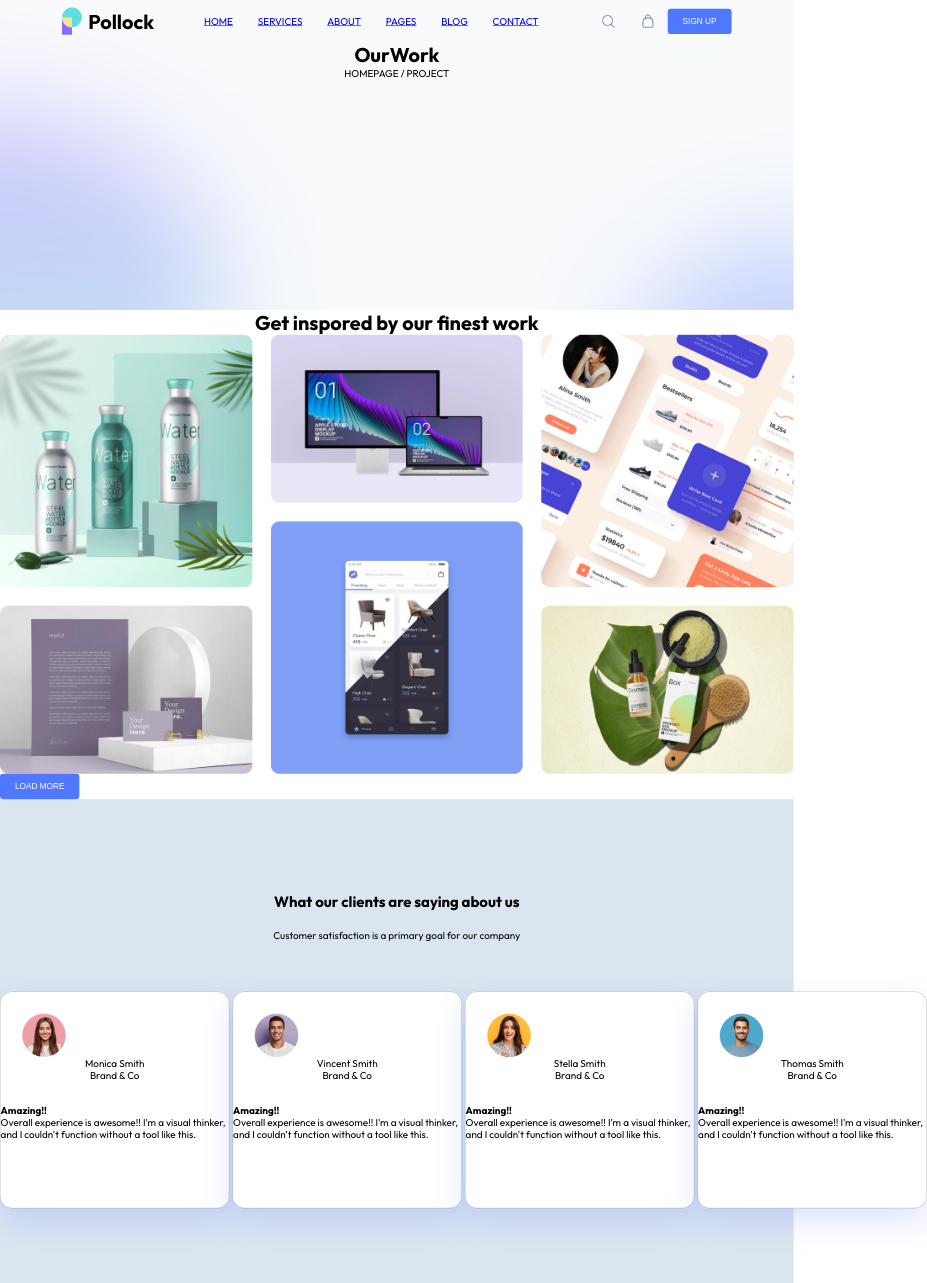
Repository: Nam936/exercises
Page: index.html
The author's editor kept a copy of each file at every save. The page is drawn from the files as they stood at one save, then again after the next save.
The browser window is 1280 px wide. The page is 1495 px wide, then 1385 px, so the pictures cover 1495 px, including what lies to the right of the window. The pictures show the whole page, at 62% of full size.

Above is the page before, as saved 2022-12-30 13:44:39.

### index.html
<!DOCTYPE html>
<html lang="en">
<head>
    <meta charset="UTF-8">
    <meta http-equiv="X-UA-Compatible" content="IE=edge">
    <meta name="viewport" content="width=device-width, initial-scale=1.0">
    <title>Pollock</title>
    <link href="https://fonts.googleapis.com/css2?family=Outfit:wght@400;500;600;700&display=swap" rel="stylesheet">
    <link rel="stylesheet" href="style.css">
</head>
<body>
<div id="wrap">
    <div class="bg_header">
        <div class="container">
            <div class="header">
                <div class="menu_header">
                    <h1 class="logo">
                        <img src="/img/Frame_header.png" alt="logo">
                        <p class="txt_header">Pollock</p>
                    </h1>
                    <div class="lst_header">
                        <ul>
                            <li><a href="#">HOME</a></li>
                            <li><a href="#">SERVICES</a></li>
                            <li><a href="#">ABOUT</a></li>
                            <li><a href="#">PAGES</a></li>
                            <li><a href="#">BLOG</a></li>
                            <li><a href="#">CONTACT</a></li>
                        </ul>
                        </div>
                        <div class="icon_header">
                            <img class="search" src="/img/Iconex/Search_header.png" alt="">
                            <img class="cart" src="/img/Iconex/Bag_header.png" alt="">
                            <button>SIGN UP</button>
                        </div>
                    </div>
                </div>
                <div class="txt_ct">
                    <h1>OurWork</h1>
                    <p>HOMEPAGE / PROJECT</p>
                </div>
            </div>
        </div>
    </div>
    <div class="main">
        <div class="tit_main">
            <h1>Get inspored by our finest work</h1>
        </div>
            <div class="prod_main">
                <div class="prod_itm">
                    <img src="/img/main_img/1.png "alt="">
                    <img src="/img/main_img/2.png" alt="">
                </div>
                <div class="prod_itm">
                    <img src="/img/main_img/3.png" alt="">
                    <img src="/img/main_img/4.png" alt="">
                </div>
                <div class="prod_itm">
                    <img src="/img/main_img/5.png" alt="">
                    <img src="/img/main_img/6.png" alt="">
            </div>
        </div>
        <div class="button">
            <button>LOAD MORE</button>
        </div>



    <div class="member">
        <div class="head_mem">
            <div class="tit_mem">
                <h2>What our clients are saying about us</h2>
                <p>Customer satisfaction is a primary goal for our company</p>
            </div>
            <!-- <div class="scroll"></div> -->
        </div>
        <div class="slide">
            <div class="tag">
                <div class="tag_itm">
                    <div class="tag_avatar">
                        <div class="tag_cont">
                            <img src="/img/avatar/Avatar.png" alt="">
                            <div class="name_mem">
                                <span>Monica Smith</span>
                                <p>Brand & Co</p>
                            </div>
                        </div>
                    </div>
                    <div class="txt">
                        <strong>Amazing!!</strong>
                        <p>Overall experience is awesome!! I'm a visual thinker, and I couldn't function without a tool like this.</p>
                    </div>
                </div>
            </div>
            <div class="tag">
                <div class="itm">
                    <div class="tag_avatar">
                        <div class="tag_cont">
                            <img src="/img/avatar/Avatar2.png" alt="">
                            <div class="name_mem">
                                <span>Vincent Smith</span>
                                <p>Brand & Co</p>
                            </div>
                        </div>

                    </div>
                    <div class="txt">
                        <strong>Amazing!!</strong>
                        <p>Overall experience is awesome!! I'm a visual thinker, and I couldn't function without a tool like this.</p>
                    </div>
                </div>
            </div>
            <div class="tag">
                <div class="tag_itm">
                    <div class="tag_avatar">
                        <dv class="tag_cont">
                            <img src="/img/avatar/Avatar3.png" alt="">
                            <div class="name_mem">
                                <span>Stella Smith</span>
                                <p>Brand & Co</p>
                            </div>
                        </dv>
                    </div>
                    <div class="txt">
                        <strong>Amazing!!</strong>
                        <p>Overall experience is awesome!! I'm a visual thinker, and I couldn't function without a tool like this.</p>
                    </div>
                </div>
            </div>
            <div class="tag">
                <div class="tag_itm">
                    <div class="tag_avatar">
                        <div class="tag_cont">
                            <img src="/img/avatar/Avatar4.png" alt="">
                            <div class="name_mem">
                                <span>Thomas Smith</span>
                                <p>Brand & Co</p>
                            </div>
                        </div>
                    </div>
                    <div class="txt">
                        <strong>Amazing!!</strong>
                        <p>Overall experience is awesome!! I'm a visual thinker, and I couldn't function without a tool like this.</p>
                    </div>
                </div>
            </div>
        </div>
    </div>
    </div>

</div>
</body>
</html>

### style.css
* {
    margin: 0;
    padding: 0;
    box-sizing: border-box;
}
body{
    font-family: 'Outfit', sans-serif;
}

.bg_header{
    width: 100%;
    height: 500px;
    background-image: url(/img/Hero_background.png);
}
.container{
    max-width: 1170px;
    margin: 0px auto;
    padding: 0px 15px;
    width: 100%;
}
header{display: flex;}
.menu_header{display: flex;justify-content: space-around;align-items: center;}
.menu_header img{width: 32px; height: 44px;}
.logo {display: flex; align-items: center;}
.txt_header{padding-left: 10px;}
.lst_header ul{display: flex; list-style-type: none;}
.lst_header ul li{margin: 22px 20px;}

.icon_header{display: flex; align-items: center;}
.icon_header img{ width: 24px; height: 24px;}
.cart,.search{margin: 22px 20px;}
button{background-color:#4F77FF; border: 0px; border-radius: 5px; padding:13px 24px; color: #fff;}

.txt_ct{text-align: center;}


/* main_content */
.tit_main{text-align: center;}



/* .prod_main div{margin: 30px;} */

.prod_main{display:flex; gap: 30px;}
img{display: block; width: 100%;}
.prod_itm :first-child{margin-bottom: 30px;}

/* member style */
.member{background:#dbe5f0; width: 100%; height: 781px;}
.head_mem{margin-bottom: 80px;}
.tit_mem{text-align: center; padding-top: 120px;}
h2{margin: 30px;}

/*      */
.slide{display: grid; grid-template-columns: 375px 375px 375px 375px ;}

.tag{width: 370px; height: 350px; border: 1px solid rgba(0,0,0,0.2); border-radius: 20px; background: #fff;box-shadow: 0px 20px 50px rgba(79, 119, 255, 0.2); }
.tag_avatar img{display: block; width: 70px; height: 70px;}
.tag_avatar{padding: 35px;}
.name_mem{text-align: center;}

After the next save:
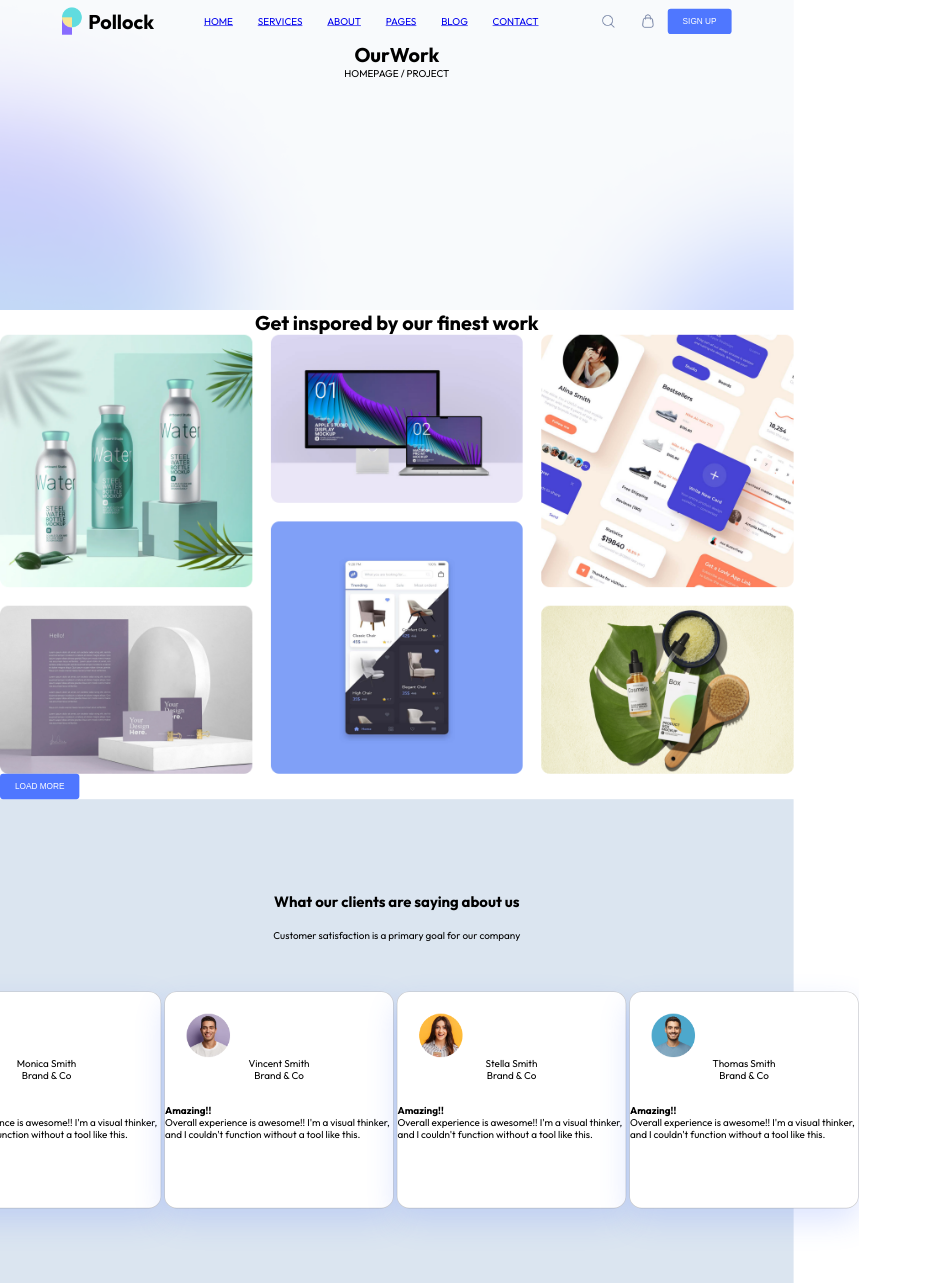
Saved 15 s later.
--- a/style.css
+++ b/style.css
@@ -52,7 +52,7 @@ img{display: block; width: 100%;}
 h2{margin: 30px;}
 
 /*      */
-.slide{display: grid; grid-template-columns: 375px 375px 375px 375px ;}
+.slide{display: grid; grid-template-columns: 375px 375px 375px 375px ; justify-content: center;}
 
 .tag{width: 370px; height: 350px; border: 1px solid rgba(0,0,0,0.2); border-radius: 20px; background: #fff;box-shadow: 0px 20px 50px rgba(79, 119, 255, 0.2); }
 .tag_avatar img{display: block; width: 70px; height: 70px;}
